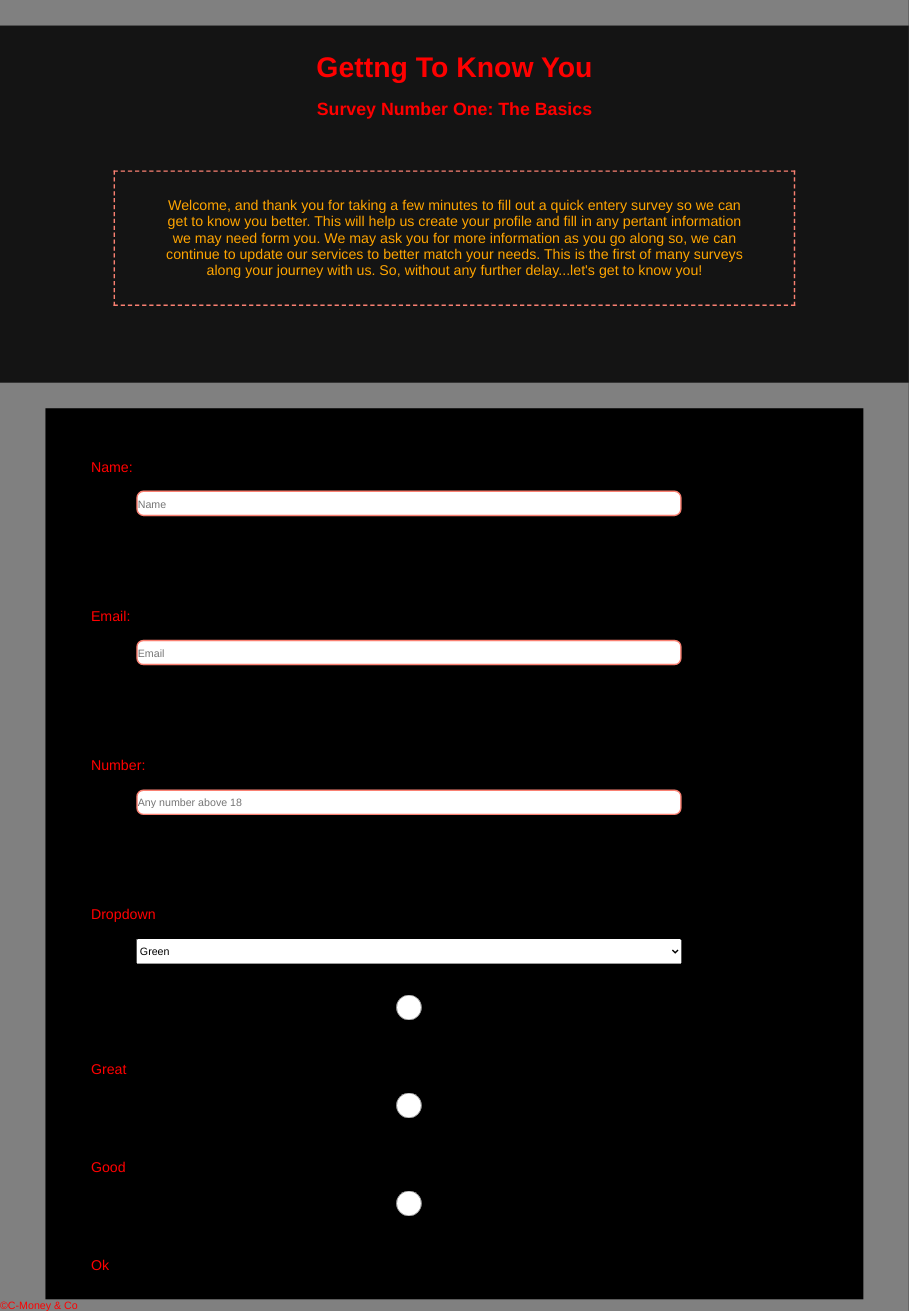
Repository: ctcoleman/surveyForm
Page: index.html
An editor plug-in stored every save of this project. The page is shown before and after a run of saves, followed by the edit.
The browser window is 1280 px wide. The pictures show the whole page, at 71% of full size.

Above is the page before, as saved 2020-06-26 18:36:55.
Console error: TypeError: Cannot read properties of null (reading 'addEventListener')

After the next 3 saves:
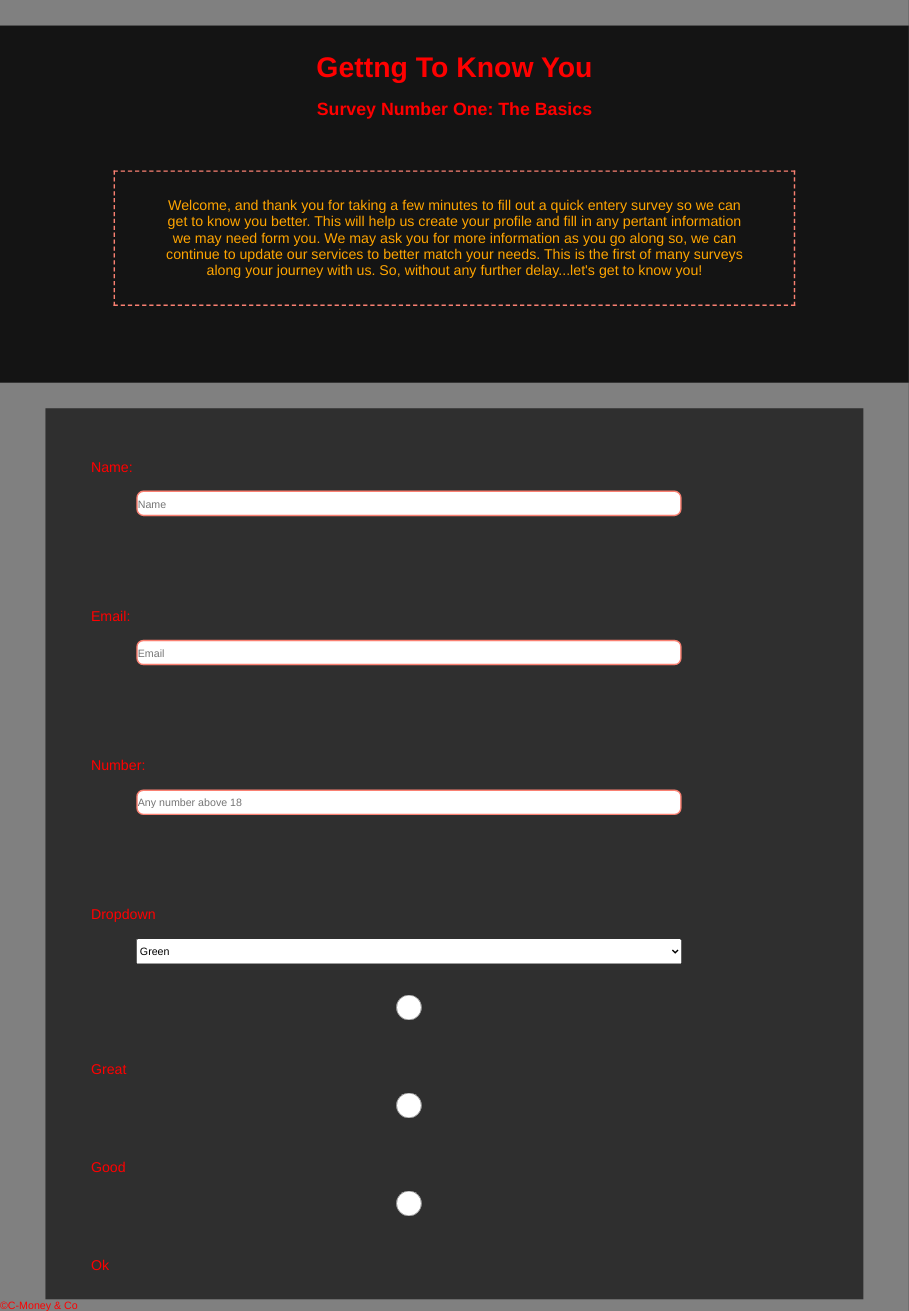
The 3 saves are shown as one change because they came seconds apart.
The last was saved 13 s later.
--- a/assets/stylesheets/index.css
+++ b/assets/stylesheets/index.css
@@ -69,7 +69,7 @@ header {
   align-items: flex-end;
   justify-content: space-around;
   margin: 0 5vw;
-  background: black;
+  background: rgba(0, 0, 0, 0.637);
 }
 
 .formWrapper .formEntery {
